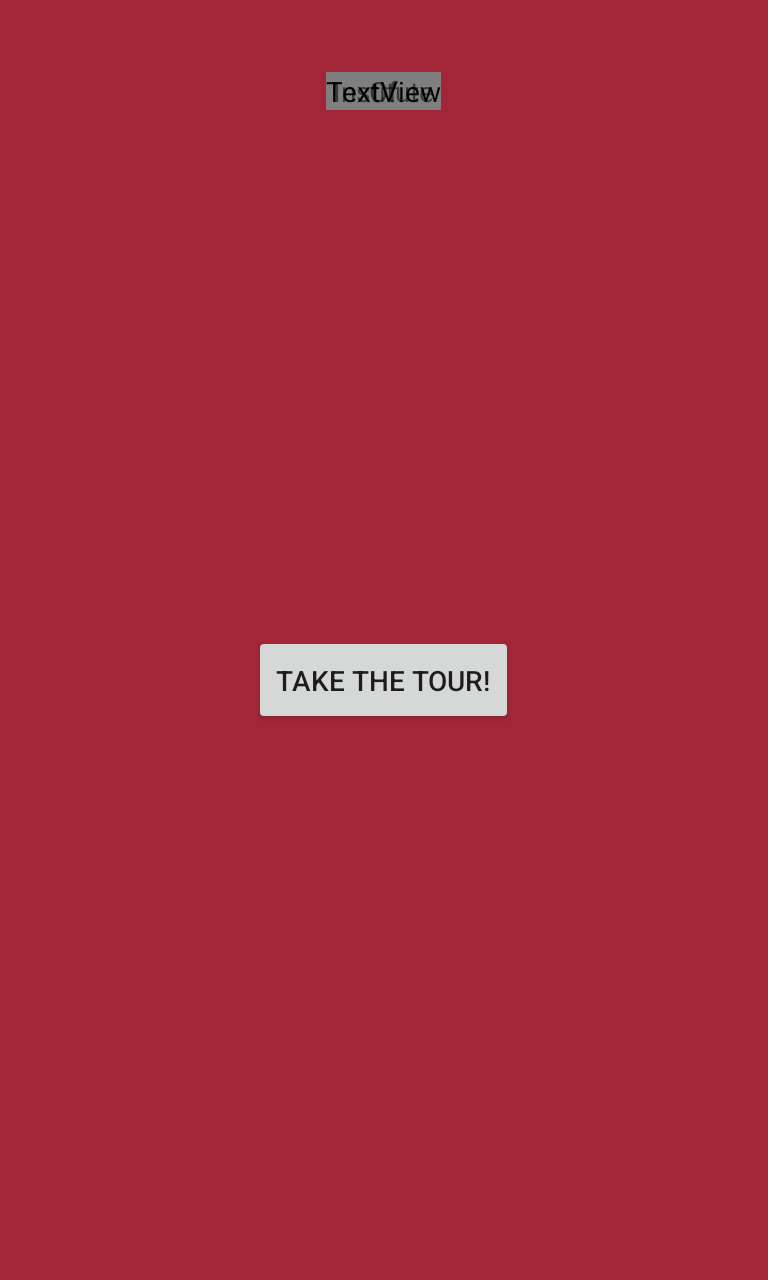
Repository: Klyros/StevensTourApp
Layout: StevensTourApp/res/layout/activity_home_screen.xml
These files come from the project's save history. The layout is drawn as it stood at one moment and after the next save; the edit follows.
Pictures or frames that could not be fetched are drawn as grey boxes. It is drawn on a 768 x 1280 px phone screen (xhdpi) without system bars, with theme AppTheme; the app's code is not run.

Above is the layout before, as saved 2014-08-23 22:48:07.

### StevensTourApp/res/layout/activity_home_screen.xml
<RelativeLayout xmlns:android="http://schemas.android.com/apk/res/android"
    xmlns:tools="http://schemas.android.com/tools"
    android:layout_width="match_parent"
    android:layout_height="match_parent"
    android:paddingBottom="@dimen/activity_vertical_margin"
    android:paddingLeft="@dimen/activity_horizontal_margin"
    android:paddingRight="@dimen/activity_horizontal_margin"
    android:paddingTop="@dimen/activity_vertical_margin"
    tools:context="edu.stevens.stevenstourapp.HomeScreen" >



    <Button
        android:id="@+id/btnTour"
        android:layout_width="wrap_content"
        android:layout_height="wrap_content"
        android:layout_below="@+id/editText1"
        android:layout_centerHorizontal="true"
        android:layout_marginTop="300dp"
        android:text="Take the Tour!" />

    <TextView
        android:id="@+id/stevensTitle"
        android:layout_width="wrap_content"
        android:layout_height="wrap_content"
        android:layout_alignParentTop="true"
        android:layout_centerHorizontal="true"
		android:textSize="80sp"
		android:fontFamily="Angleterre Book"
        android:layout_marginTop="20dp"
        android:text="Stevens" />

        <TextView
        android:id="@+id/stevensInstitute"
        android:layout_width="wrap_content"
        android:layout_height="wrap_content"
        android:layout_alignParentTop="true"
        android:layout_centerHorizontal="true"
        android:layout_marginTop="20dp"
        android:text="Institute" />

        <TextView
        android:id="@+id/stevensOf"
        android:layout_width="wrap_content"
        android:layout_height="wrap_content"
        android:layout_alignParentTop="true"
        android:layout_centerHorizontal="true"
        android:layout_marginTop="20dp"
        android:text="Of" />
</RelativeLayout>

### StevensTourApp/res/values/colors.xml
<?xml version="1.0" encoding="utf-8"?>
<resources>
    <color name="background">#A32638</color>
</resources>

Loaded but not shown: StevensTourApp/res/values/styles.xml (common file); StevensTourApp/res/values-v11/styles.xml (common file); StevensTourApp/res/values-v14/styles.xml (common file); StevensTourApp/res/values/dimens.xml (common file); StevensTourApp/res/values-w820dp/dimens.xml (common file)

After the next save:
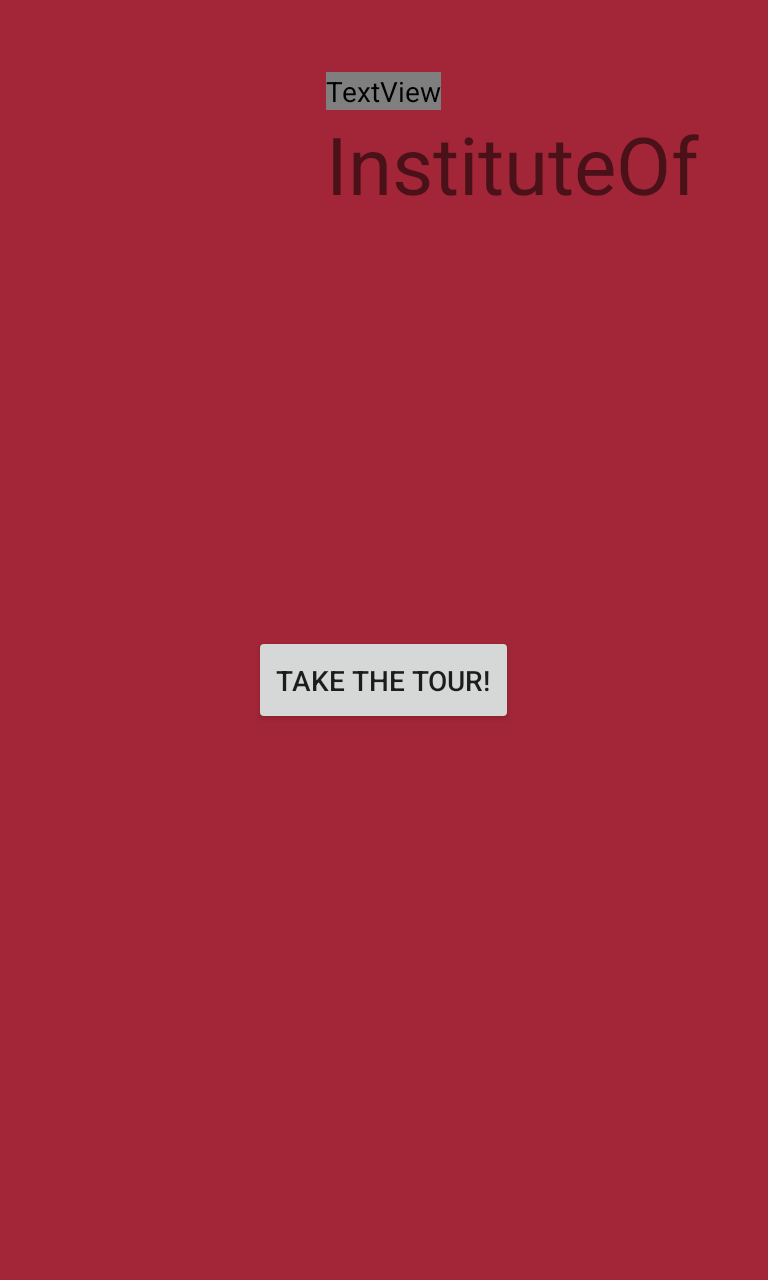
Saved 74 s later.
--- a/StevensTourApp/res/layout/activity_home_screen.xml
+++ b/StevensTourApp/res/layout/activity_home_screen.xml
@@ -31,20 +31,22 @@
         android:text="Stevens" />
 
         <TextView
-        android:id="@+id/stevensInstitute"
-        android:layout_width="wrap_content"
-        android:layout_height="wrap_content"
-        android:layout_alignParentTop="true"
-        android:layout_centerHorizontal="true"
-        android:layout_marginTop="20dp"
-        android:text="Institute" />
+            android:id="@+id/stevensInstitute"
+            android:layout_width="wrap_content"
+            android:layout_height="wrap_content"
+            android:layout_alignLeft="@+id/stevensTitle"
+            android:layout_below="@+id/stevensTitle"
+            android:textSize="40sp"
+            android:text="Institute" />
 
         <TextView
-        android:id="@+id/stevensOf"
-        android:layout_width="wrap_content"
-        android:layout_height="wrap_content"
-        android:layout_alignParentTop="true"
-        android:layout_centerHorizontal="true"
-        android:layout_marginTop="20dp"
-        android:text="Of" />
+            android:id="@+id/stevensOf"
+            android:layout_width="wrap_content"
+            android:layout_height="wrap_content"
+            android:layout_alignBaseline="@+id/stevensInstitute"
+            android:layout_alignBottom="@+id/stevensInstitute"
+            android:layout_toRightOf="@+id/stevensInstitute"
+            android:textSize="40sp"
+            android:text="Of" />
+
 </RelativeLayout>
